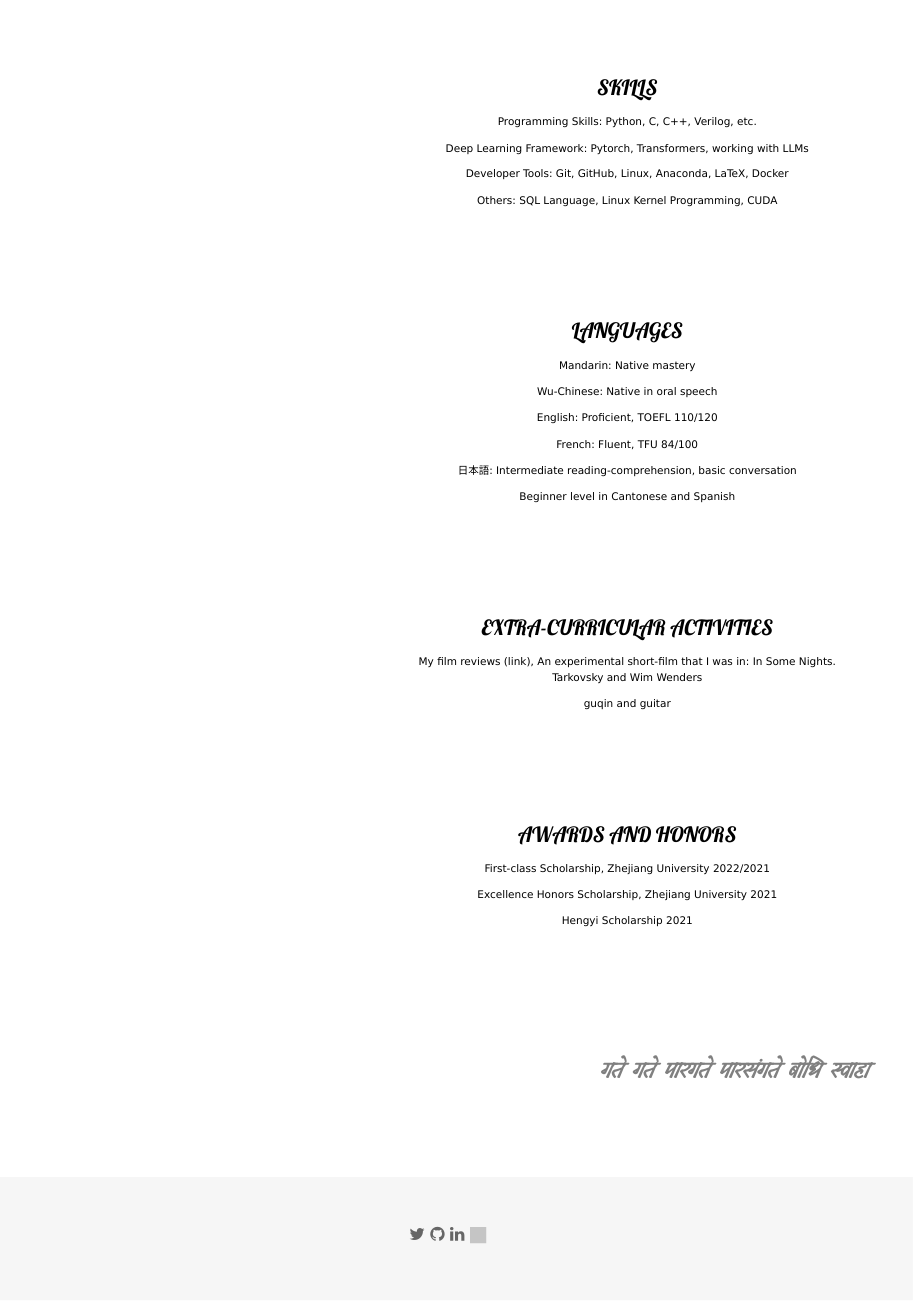
Repository: Ej-zhou/ej-zhou.github.io
Page: index.html
These files come from the project's save history. The page is drawn as it stood at one moment and after the next save; the edit follows.
The browser window is 1280 px wide. The page is 1304 px wide, so the pictures cover 1304 px, including what lies to the right of the window. The pictures show the part of the page from y = 4418 to 6298 px (the page is 6276 px tall before and 6298 px after), at 70% of full size.
Pictures or frames that could not be fetched are drawn as grey boxes. Some web fonts or font styles are not loaded; a fallback is used.

Above is the page before, as saved 2023-08-12 15:31:56.

After the next save:
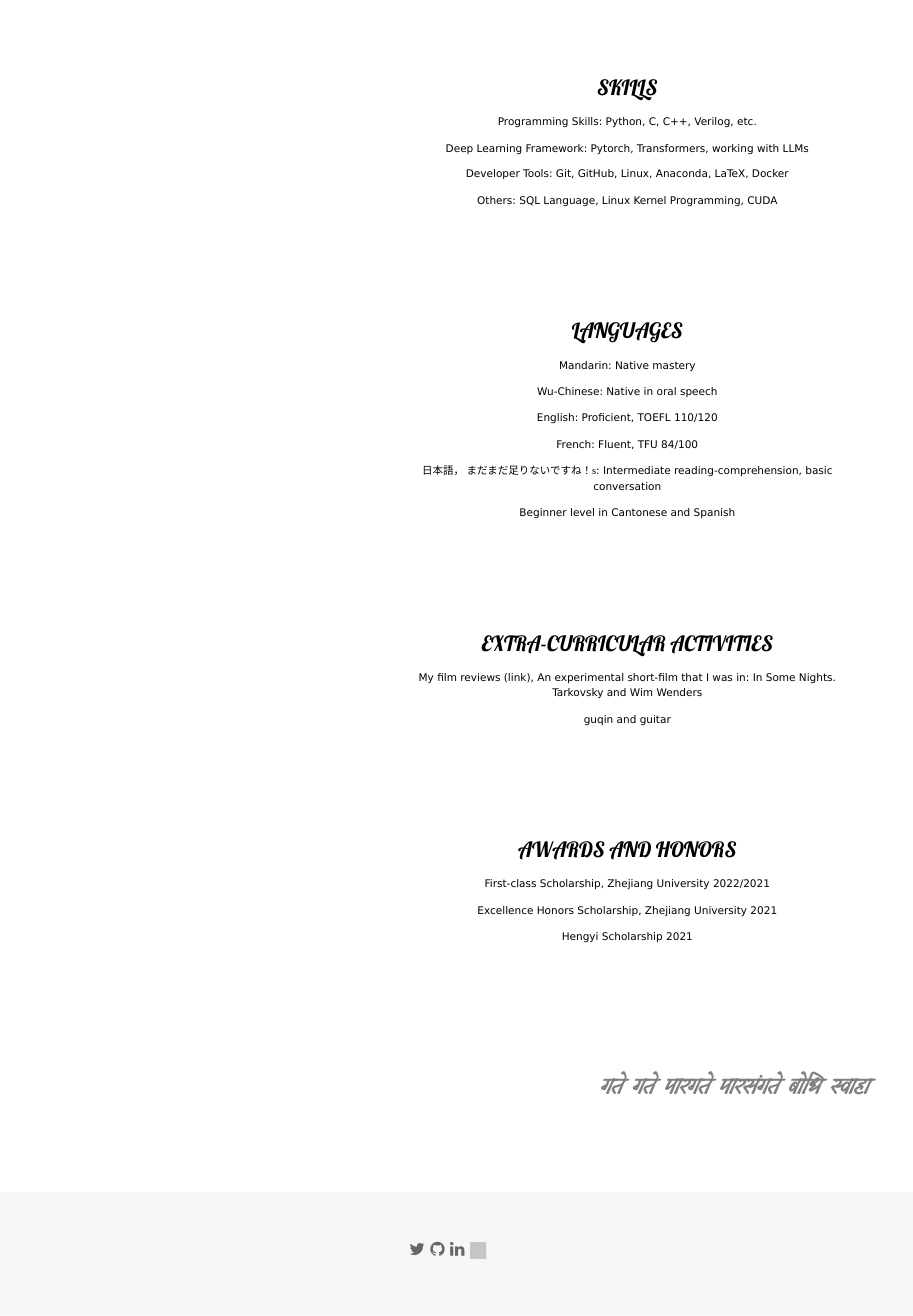
Saved 2 min 59 s later.
--- a/index.html
+++ b/index.html
@@ -585,7 +585,7 @@
     French: Fluent, TFU 84/100
    </p>
 <p>
-    <span class="japanese"> 日本語</span>: Intermediate reading-comprehension, basic conversation
+    <span class="japanese"> 日本語， まだまだ足りないですね！s</span>: Intermediate reading-comprehension, basic conversation
    </p>
 <p>
     Beginner level in Cantonese and Spanish
